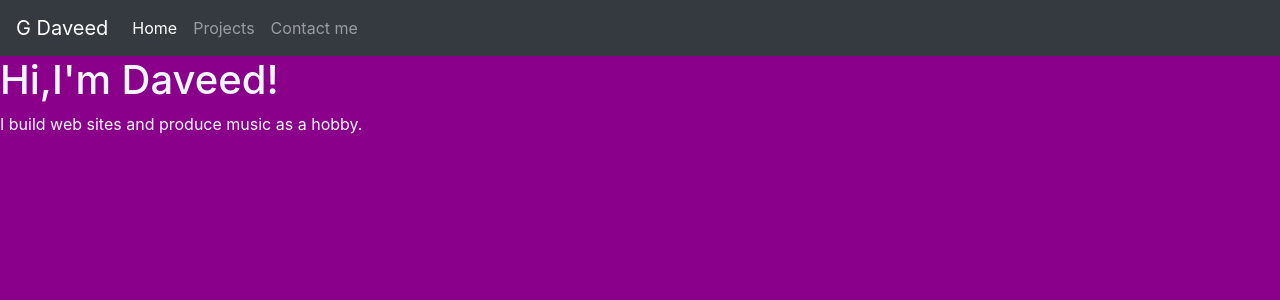
Repository: DaveedGangi/DaveedWebsite
Page: one.html
The author's editor kept a copy of each file at every save. The page is drawn from the files as they stood at one save, then again after the next save.
The browser window is 1280 px wide. The pictures show the whole page.

Above is the page before, as saved 2023-09-25 12:17:10.

### one.html
<html>
    <head>
    <link rel="stylesheet" href="two.css"></link>
    <link rel="stylesheet" href="https://cdn.jsdelivr.net/npm/bootstrap@4.5.3/dist/css/bootstrap.min.css" integrity="sha384-TX8t27EcRE3e/ihU7zmQxVncDAy5uIKz4rEkgIXeMed4M0jlfIDPvg6uqKI2xXr2" crossorigin="anonymous">
    <script src="https://code.jquery.com/jquery-3.5.1.slim.min.js" integrity="sha384-DfXdz2htPH0lsSSs5nCTpuj/zy4C+OGpamoFVy38MVBnE+IbbVYUew+OrCXaRkfj" crossorigin="anonymous"></script>
    <script src="https://cdn.jsdelivr.net/npm/bootstrap@4.5.3/dist/js/bootstrap.bundle.min.js" integrity="sha384-ho+j7jyWK8fNQe+A12Hb8AhRq26LrZ/JpcUGGOn+Y7RsweNrtN/tE3MoK7ZeZDyx" crossorigin="anonymous"></script>



</head>

<body>
<div class="bgcontainer">
    <nav class="navbar navbar-expand-lg navbar-dark bg-dark">
        <a class="navbar-brand" href="#">G Daveed</a>
        <button class="navbar-toggler" type="button" data-toggle="collapse" data-target="#navbarNavAltMarkup" aria-controls="navbarNavAltMarkup" aria-expanded="false" aria-label="Toggle navigation">
          <span class="navbar-toggler-icon"></span>
        </button>
        <div class="collapse navbar-collapse" id="navbarNavAltMarkup">
          <div class="navbar-nav">
            <a class="nav-link active" href="#">Home <span class="sr-only">(current)</span></a>
            <a class="nav-link" href="#">Projects</a>
            <a class="nav-link" href="#">Contact me</a>

          </div>
        </div>
      </nav>


      <div class="mystory">
        <h1 class="hi">Hi,I'm Daveed!</h1>
        <p class="paragraph">I build web sites and produce music as a hobby.</p>
      </div>





    </div>

</body>
</html>

### two.css
.bgcontainer {
    background-color: darkmagenta;
    height:100vh;
    background-size:cover;

}
.mystory{
    color:aliceblue;

}

After the next save:
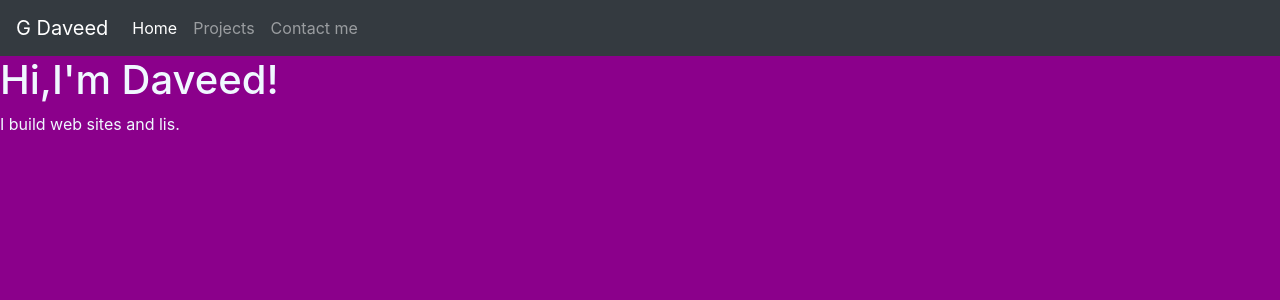
Saved 115 s later.
--- a/one.html
+++ b/one.html
@@ -29,7 +29,7 @@
 
       <div class="mystory">
         <h1 class="hi">Hi,I'm Daveed!</h1>
-        <p class="paragraph">I build web sites and produce music as a hobby.</p>
+        <p class="paragraph">I build web sites and lis.</p>
       </div>
 
 
